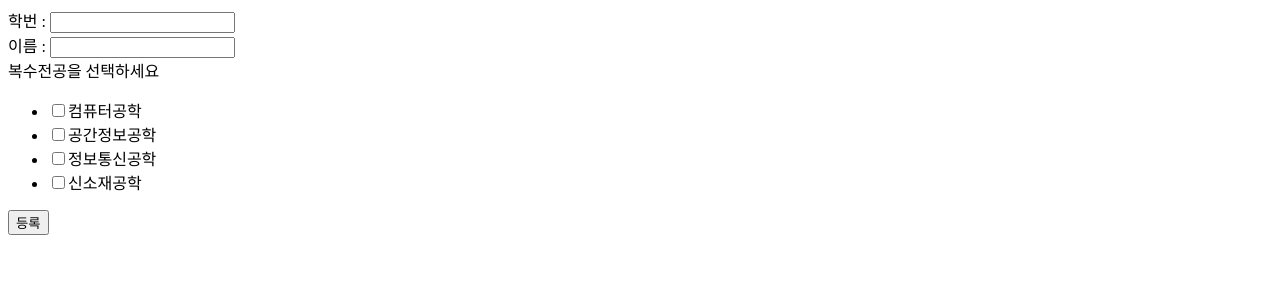
Repository: hyungryuk-zz/JAVA_CLASS
Page: http://localhost/JavaEEPrj/broker/resCustomer.jsp
These files come from the project's save history. The page is drawn as it stood at one moment and after the next save; the edit follows.
The browser window is 1280 px wide. The pictures show the whole page.
The page is served by Tomcat 9. Other server files are loaded and not shown.

Above is the page before, as saved 2017-07-24 05:56:55.

### JavaEEPrj/WebContent/broker/resCustomer.jsp
<%@ page language="java" contentType="text/html; charset=UTF-8"
    pageEncoding="UTF-8"%>
<!DOCTYPE html PUBLIC "-//W3C//DTD HTML 4.01 Transitional//EN" "http://www.w3.org/TR/html4/loose.dtd">
<html>
<head>
<meta http-equiv="Content-Type" content="text/html; charset=UTF-8">
<title>Insert title here</title>
</head>
<body>
	<form method="POST" action="studentController">
		학번 : <input type="number" name="studentId"><br>
		이름 : <input type="text" name = "studentName"><br>
		복수전공을 선택하세요<br>
		<ul>
		<li><input type ="checkbox" name ="major" value ="컴퓨터공학">컴퓨터공학</li>
		<li><input type ="checkbox" name ="major" value ="공간정보공학">공간정보공학</li>
		<li><input type ="checkbox" name ="major" value ="정보통신공학">정보통신공학</li>
		<li><input type ="checkbox" name ="major" value ="신소재공학">신소재공학</li>
		</ul>
		<input type="submit" value="등록">
	</form>
</body>
</html>

After the next save:
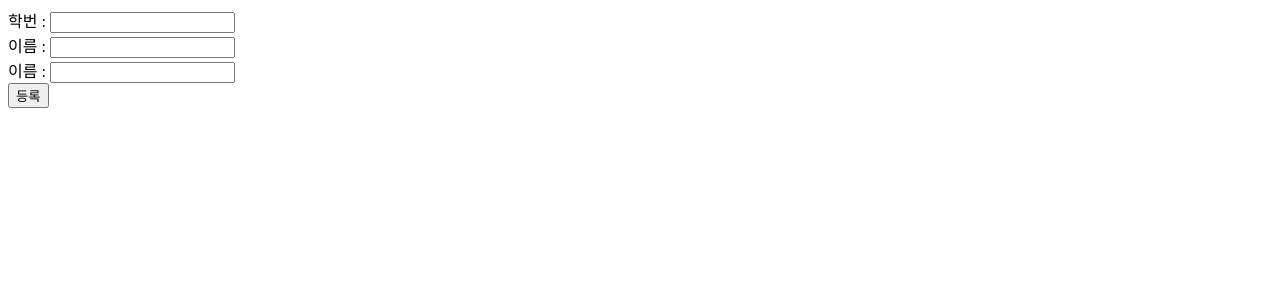
Saved 24 s later.
--- a/JavaEEPrj/WebContent/broker/resCustomer.jsp
+++ b/JavaEEPrj/WebContent/broker/resCustomer.jsp
@@ -8,15 +8,9 @@
 </head>
 <body>
 	<form method="POST" action="studentController">
-		학번 : <input type="number" name="studentId"><br>
-		이름 : <input type="text" name = "studentName"><br>
-		복수전공을 선택하세요<br>
-		<ul>
-		<li><input type ="checkbox" name ="major" value ="컴퓨터공학">컴퓨터공학</li>
-		<li><input type ="checkbox" name ="major" value ="공간정보공학">공간정보공학</li>
-		<li><input type ="checkbox" name ="major" value ="정보통신공학">정보통신공학</li>
-		<li><input type ="checkbox" name ="major" value ="신소재공학">신소재공학</li>
-		</ul>
+		학번 : <input type="number" name="ssn"><br>
+		이름 : <input type="text" name = "name"><br>
+		이름 : <input type="text" name = "addr"><br>
 		<input type="submit" value="등록">
 	</form>
 </body>
